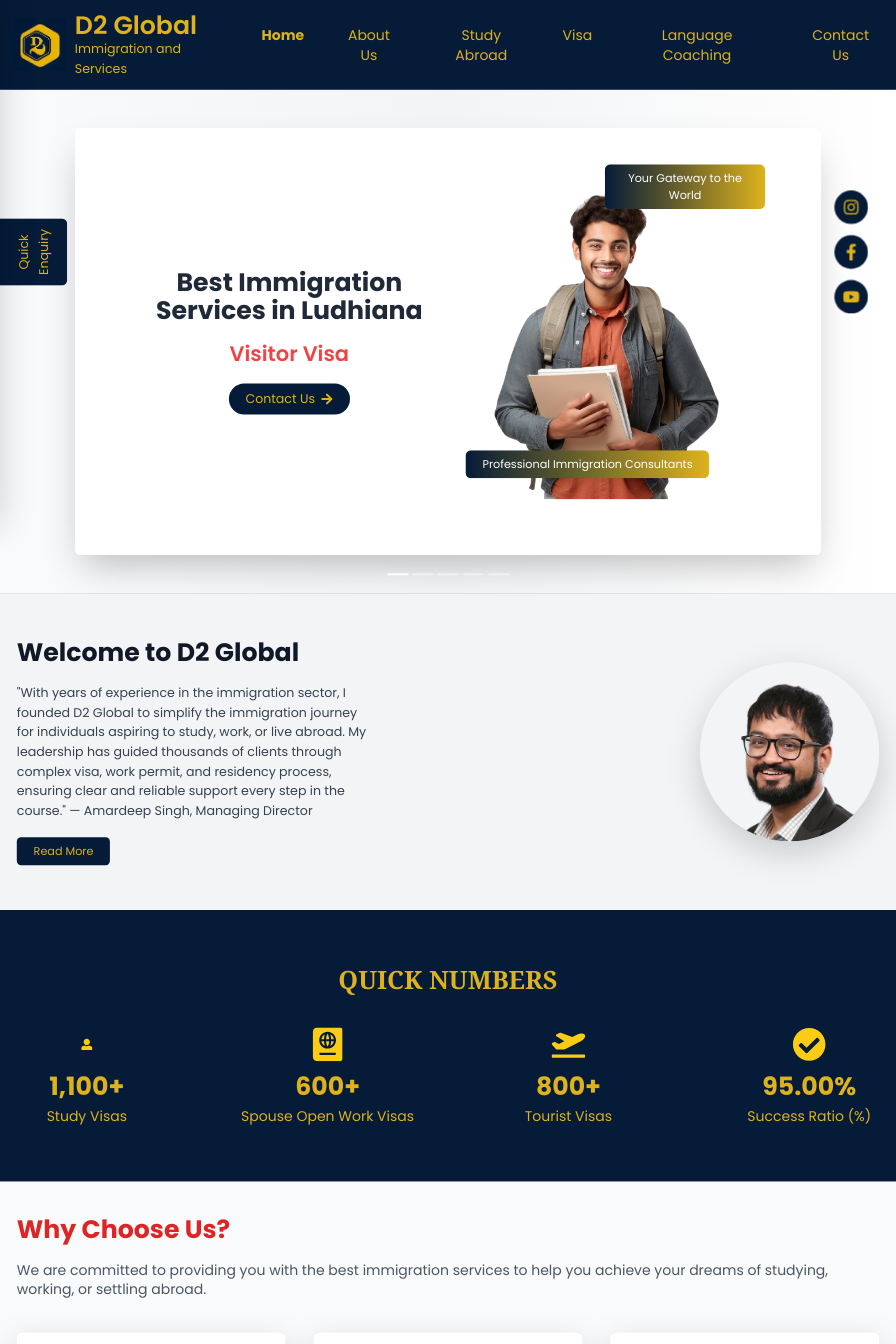
Repository: abhijeets54/d2globalbackup
Page: /
The author's editor kept a copy of each file at every save. The page is drawn from the files as they stood at one save, then again after the next save.
The browser window is 1280 px wide. The pictures show the part of the page from y = 0 to 1920 px (the page is 6727 px tall), at 70% of full size.
The page's requests for data from a server got no answer. The project was rebuilt for these pictures with package versions that can differ from the ones it lists, and the page was loaded fresh each time. No one was signed in, and anything a server would have sent is missing. Also part of the build but not shown: vite.config.js, src/components/Button.jsx, src/components/PostCard.jsx, src/components/Input.jsx, src/components/PopupForm.jsx, src/components/Events.jsx, src/components/People.jsx, src/Newsletter/NewsletterComponent.jsx and 28 more. Imported but missing from the stored project, and not drawn on this page: src/components/Donate/RestoftheWorld.jsx, src/components/Donate/WithInIndia.jsx, src/components/JoinUs.jsx, src/components/Projects/Awareness.jsx, src/components/Projects/Education.jsx, src/components/Projects/HumanitarianAid.jsx, src/components/ThreePillars.jsx, src/pages/Donate.jsx and 2 more.

Above is the page before, as saved 2024-10-03 13:58:29.

### index.html
<!doctype html>
<html lang="en">
  <head>
    <meta charset="UTF-8" />
    <link rel="icon" type="image/svg+xml" href="/logo.webp" />
    <meta name="viewport" content="width=device-width, initial-scale=1.0" />
    <link href="https://fonts.googleapis.com/css2?family=Gothic+A1&family=Inconsolata:wght@200..900&family=Mukta:wght@200;300;400;500;600;700;800&family=Poppins:ital,wght@0,100;0,200;0,300;0,400;0,500;0,600;0,700;0,800;0,900;1,100;1,200;1,300;1,400;1,500;1,600;1,700;1,800;1,900&display=swap" rel="stylesheet">

    <link href="https://cdn.jsdelivr.net/npm/bootstrap@5.3.3/dist/css/bootstrap.min.css" rel="stylesheet" integrity="sha384-QWTKZyjpPEjISv5WaRU9OFeRpok6YctnYmDr5pNlyT2bRjXh0JMhjY6hW+ALEwIH" crossorigin="anonymous">
    <link
  rel="stylesheet"
  href="https://cdnjs.cloudflare.com/ajax/libs/font-awesome/5.15.3/css/all.min.css"
/>
    <title>D2 Global</title>
  </head>
  <body class="bg-slate-400">
    <div id="root"></div>
    <script src="https://cdn.jsdelivr.net/npm/bootstrap@5.3.3/dist/js/bootstrap.bundle.min.js" integrity="sha384-YvpcrYf0tY3lHB60NNkmXc5s9fDVZLESaAA55NDzOxhy9GkcIdslK1eN7N6jIeHz" crossorigin="anonymous"></script>
    <script type="module" src="/src/main.jsx"></script>
  </body>
</html>

### src/App.jsx
import React, { useState, useEffect } from 'react'
import './App.css'
import { Footer, Header } from './components'
import { Outlet } from 'react-router-dom'


function App() {
  const [loading, setLoading] = useState(false)

  return !loading ? (
    <div className='min-h-screen flex flex-wrap content-between bg-gray-400'>
      <div className='w-full block'>
        <Header />
        <main>
        <Outlet />
        </main>
        <Footer />
      </div>
    </div>
  ) : null
}

export default App

### src/index.css
@tailwind base;
@tailwind components;
@tailwind utilities;

@keyframes slideIn {
    from {
      transform: translateX(100%);
      opacity: 0;
    }
    to {
      transform: translateX(0);
      opacity: 1;
    }
  }

  .slide-in {
    animation: slideIn 0.5s ease-out;
  }
  /* Animation for sliding content */
.slide-enter {
    transform: translateX(100%);
    opacity: 0;
  }

  .slide-enter-active {
    transform: translateX(0);
    opacity: 1;
    transition: transform 0.3s ease-in-out, opacity 0.3s ease-in-out;
  }

  .slide-exit {
    transform: translateX(0);
    opacity: 1;
  }

  .slide-exit-active {
    transform: translateX(-100%);
    opacity: 0;
    transition: transform 0.3s ease-in-out, opacity 0.3s ease-in-out;
  }

  /* Custom CSS to hide the scrollbar */
.scrollbar-hide::-webkit-scrollbar {
    display: none;
  }

  .scrollbar-hide {
    -ms-overflow-style: none; /* IE and Edge */
    scrollbar-width: none; /* Firefox */
  }

  @layer utilities {
    @keyframes slideIn {
      from {
        opacity: 0;
        transform: translateX(100%);
      }
      to {
        opacity: 1;
        transform: translateX(0);
      }
    }

    .animate-slide-in {
      animation: slideIn 0.7s ease-out forwards;
    }
  }
  /* Optional: Add custom animations */
@keyframes move-plane {
  from {
    transform: translateY(0);
  }
  to {
    transform: translateY(500px); /* Adjust this value based on the desired movement */
  }
}
@keyframes slideInLeft {
  from {
    transform: translateX(-100%);
    opacity: 0;
  }
  to {
    transform: translateX(0);
    opacity: 1;
  }
}

@keyframes slideInRight {
  from {
    transform: translateX(100%);
    opacity: 0;
  }
  to {
    transform: translateX(0);
    opacity: 1;
  }
}

.slide-in-left {
  animation: slideInLeft 0.5s forwards;
}

.slide-in-right {
  animation: slideInRight 0.5s forwards;
}
@media (max-width: 768px) {
  .left-slide, .right-slide {
    left: -80px; /* Adjust for smaller screens */
    transform: translateX(-5px); /* Adjust for spacing */
  }
}

@media (max-width: 480px) {
  .left-slide, .right-slide {
    left: -60px; /* Adjust for mobile screens */
    transform: translateX(-3px); /* Adjust for spacing */
  }

  .w-56 {
    width: 90% !important; /* Full width on mobile */
  }

  .w-64 {
    width: 90% !important; /* Full width on mobile */
  }
}

@keyframes slide-left {
  from {
    transform: translateX(-100%);
  }
  to {
    transform: translateX(0);
  }
}

@keyframes slide-right {
  from {
    transform: translateX(100%);
  }
  to {
    transform: translateX(0);
  }
}

.animate-slide-left {
  animation: slide-left 0.5s ease-in-out;
}

.animate-slide-right {
  animation: slide-right 0.5s ease-in-out;
}

/* In your CSS file */
.blurred-bg {
  background-image: url('/path-to-your-image.jpg'); /* Background image */
  background-size: cover;
  background-position: center;
  filter: blur(8px); /* Adjust blur as needed */
  position: absolute;
  top: 0;
  left: 0;
  right: 0;
  bottom: 0;
  z-index: -1; /* Send it behind other content */
}

### src/pages/Home.jsx
import React, { useState } from 'react';
import { useNavigate } from 'react-router-dom';
import Collage from '../components/Collage';
import OurAssociates from '../components/OurAssociates';
import QuickNumbers from '../components/QuickNumbers';
import WhatPeopleAreSaying from '../components/WhatPeopleAreSaying';

import Register from '../components/Register';

import About from '../components/About';
import Offer from '../components/Offer';
import Countries from '../components/Countries';
import PopupForm from '../components/PopupForm';
import Events from '../components/Events';
import QuickEnquiry from '../components/ContactUs/QuickEnquiry';
import Choose from '../components/Choose';
import People from '../components/People';
import CollageWithAnimations from '../components/CollageWithAnimations';
function Home() {
  const navigate = useNavigate();
  const [showFullText, setShowFullText] = useState(false);

  const handleReadMore = () => {
    navigate('/About');
  };

  const handleMoreAboutUs = () => {
    setShowFullText(!showFullText);
  };

  return (
    <>
   {/* <CollageWithAnimations/> */}
      {/* <PopupForm /> */}
      <QuickEnquiry />
      <Collage />

        <About />
        {/* <People/> */}
        <QuickNumbers />
        <Choose/>
        <Offer />

        {/* <Timeline /> */}



            <Countries />


            <OurAssociates />

          <WhatPeopleAreSaying />
          {/* <Events /> */}

          <Register />


    </>
  );
}

export default Home;

### src/components/About.jsx
import React, { useEffect, useState, useRef } from 'react';
import { useNavigate } from 'react-router-dom';

const About = () => {
  const [slideIn, setSlideIn] = useState(false);
  const aboutSectionRef = useRef(null);
  const navigate = useNavigate();

  useEffect(() => {
    const observer = new IntersectionObserver(
      (entries) => {
        entries.forEach((entry) => {
          if (entry.isIntersecting) {
            setSlideIn(true);
          }
        });
      },
      {
        threshold: 0.3,
      }
    );

    if (aboutSectionRef.current) {
      observer.observe(aboutSectionRef.current);
    }

    return () => {
      if (aboutSectionRef.current) {
        observer.unobserve(aboutSectionRef.current);
      }
    };
  }, []);

  const handleReadMore = () => {
    navigate('/AboutUs');
  };

  return (
    <div ref={aboutSectionRef} className="flex items-center justify-center bg-gray-100 py-12 md:py-16">
      <div className="container mx-auto flex flex-col md:flex-row items-center justify-between px-4">

        {/* Sliding Text Content */}
        <div
          className={`transform transition-transform duration-1000 ${
            slideIn ? 'translate-x-0' : '-translate-x-full'
          } mt-8 md:mt-0 md:mr-10 max-w-lg text-left md:text-left`}
        >
          <h2 className="text-3xl md:text-4xl  font-bold mb-4 text-gray-900">Welcome to D2 Global</h2>
          <p className="text-base md:text-lg text-gray-700">
          "With years of experience in the immigration sector, I founded D2 Global to simplify the immigration journey for individuals aspiring to study, work, or live abroad. My leadership has guided thousands of clients through complex visa, work permit, and residency process, ensuring clear and reliable support every step in the course."

— Amardeep Singh, Managing Director
          </p>

          {/* Read More Button */}
          <button
            onClick={handleReadMore}
            className="mt-4 inline-block bg-customBlue text-customYellow px-6 py-2 rounded-md hover:bg-blue-600 transition-colors duration-300"
          >
            Read More
          </button>
        </div>

      {/* Sliding Image */}
<div
  className={`transform transition-transform duration-1000 ${
    slideIn ? 'translate-x-0' : 'translate-x-full'
  } mt-8 md:mt-0`}
>
  <img
    src="amar.webp"
    alt="Profile"
    className="rounded-full shadow-lg w-48 h-48 md:w-64 md:h-64 object-cover object-top mx-auto md:mx-0"
    style={{ objectPosition: 'top center' }} // This will center the face more
  />
</div>


      </div>
    </div>
  );
};

export default About;

### src/components/Layout.jsx
// src/components/Layout.jsx
import React from 'react';
import { Outlet, useNavigate } from 'react-router-dom';

const Layout = () => {
  const navigate = useNavigate();

  const handleDonateClick = () => {
    navigate('/Donate');
  };

  return (
    <div>
      <Outlet />
      {/* <a
        href="#top"
        className="fixed right-2 bottom-16 bg-blue-950 text-white hover:bg-yellow-500 py-1 px-2 rounded-2 h-8 w-10 mt-2"
        style={{ zIndex: 1000 }}
      >
        <img src="../../IOC Website pictures/icons8-top-50.png" alt="Go to top " />
      </a> */}
    </div>
  );
};

export default Layout;

### src/components/OurAssociates.jsx
import React from 'react';
import 'tailwindcss/tailwind.css';

const logos = [
  '/oxford.webp',
  '/regent.webp',
  '/webster.webp',
  '/avila.svg',
  '/iau.webp',
  '/bcnlip.webp',
  '/camino.webp',
  '/ihmgs.webp',
  '/uclan.webp',
  '/aura.webp',
  '/lyon.webp'
];

function OurAssociates() {
  return (
    <div className="bg-white py-8">
      <h4 className="text-center text-blue-950 mt-3 text-3xl font-semibold">OUR PARTNERS</h4>
      <br />
      <div className="overflow-hidden relative">
        <div className="flex animate-scroll1 space-x-4 sm:space-x-6 lg:space-x-8">
          {logos.concat(logos).map((logo, index) => (
            <div key={index} className="flex-shrink-0">
              <img
                src={logo}
                alt={`Logo ${index + 1}`}
                className="h-24 w-24 sm:h-32 sm:w-32 lg:h-40 lg:w-40 object-contain"
              />
            </div>
          ))}
        </div>
      </div>
    </div>
  );
}

export default OurAssociates;

### src/components/QuickNumbers.jsx
import React, { useEffect, useState, useRef } from 'react';
import CountUp from 'react-countup';
import { FaUserAlt, FaPassport, FaPlaneDeparture, FaCheckCircle } from 'react-icons/fa';
import 'tailwindcss/tailwind.css';

const data = [
  {
    icon: <FaUserAlt className="h-12 w-12++ text-yellow-400 mb-2" />,
    number: 1100,
    label: 'Study Visas'
  },
  {
    icon: <FaPassport className="h-12 w-12 text-yellow-400 mb-2" />,
    number: 600,
    label: 'Spouse Open Work Visas'
  },
  {
    icon: <FaPlaneDeparture className="h-12 w-12 text-yellow-400 mb-2" />,
    number: 800,
    label: 'Tourist Visas'
  },
  {
    icon: <FaCheckCircle className="h-12 w-12 text-yellow-400 mb-2" />,
    number: 95,
    label: 'Success Ratio (%)',
    isDecimal: true,
  }
];

function QuickNumbers() {
  const [showCounts, setShowCounts] = useState(false);
  const quickNumbersRef = useRef(null);

  useEffect(() => {
    const observer = new IntersectionObserver(
      (entries) => {
        if (entries[0].isIntersecting) {
          setShowCounts(true);
        }
      },
      { threshold: 0.2 }
    );

    if (quickNumbersRef.current) {
      observer.observe(quickNumbersRef.current);
    }

    return () => {
      if (quickNumbersRef.current) {
        observer.unobserve(quickNumbersRef.current);
      }
    };
  }, []);

  return (
    <div ref={quickNumbersRef} className="bg-customBlue py-8 w-full">
      <h2 className="text-center text-2xl sm:text-4xl font-serif font-extrabold text-customYellow pt-5 mb-8">
        QUICK NUMBERS
      </h2>

      {/* Responsive Grid Layout */}
      <div className="grid grid-cols-1 sm:grid-cols-2 lg:grid-cols-4 gap-8 lg:gap-24 mt-5 pb-5">
        {data.map((item, index) => (
          <div key={index} className="text-center text-customYellow flex flex-col items-center">
            <div className="quicknumber flex flex-col justify-center items-center">
              <div className="icon mb-2">{item.icon}</div>
              <h3 className="text-2xl sm:text-4xl font-bold">
                {showCounts && (
                  <CountUp
                    end={item.number}
                    duration={7}
                    decimals={item.isDecimal ? 2 : 0}
                    suffix={item.isDecimal ? "%" : "+"}
                  />
                )}
              </h3>
              <p className="mt-2 text-base sm:text-xl">{item.label}</p>
            </div>
          </div>
        ))}
      </div>
    </div>
  );
}

export default QuickNumbers;

### src/components/Offer.jsx
import React from 'react';
import { Link } from 'react-router-dom';
import 'tailwindcss/tailwind.css';

function Offer() {
  const studyAbroadImageUrl = '/student.webp'; // Update with actual image URL
  const ieltsPteImageUrl = '/ielts3.webp'; // Update with actual image URL
  const touristVisaImageUrl = '/tourist.webp'; // Update with actual image URL

  return (
    <div className="mx-auto bg-customBlue
    0 p-6 md:p-10 shadow">
      <h4 className="text-center text-customBlue mt-3 text-xl"></h4>
      <h2 className="text-center text-3xl font-serif  text-customYellow sm:text-4xl mt-3  font-extrabold mb-10 md:mb-16">What We Offer</h2>

      <div className="grid grid-cols-1 sm:grid-cols-2 md:grid-cols-3 gap-6">
        {/* First card: Study Abroad */}
        <div className="col cursor-pointer transform transition-transform hover:scale-105">
          <Link to="/StudyAbroad">
            <div className="card h-full bg-white rounded-lg shadow overflow-hidden">
              <img
                src={studyAbroadImageUrl}
                className="w-full h-52 sm:h-64 md:h-72 object-cover"
                alt="Study Abroad"
              />
              <div className="p-4">
                <h5 className="text-center text-lg sm:text-xl font-bold">Study Abroad</h5>
              </div>
            </div>
          </Link>
        </div>

        {/* Second card: IELTS/PTE */}
        <div className="col cursor-pointer transform transition-transform hover:scale-105">
          <Link to="/Training">
            <div className="card h-full bg-white rounded-lg shadow overflow-hidden">
              <img
                src={ieltsPteImageUrl}
                className="w-full h-52 sm:h-64 md:h-72 object-cover"
                alt="IELTS/PTE"
              />
              <div className="p-4">
                <h5 className="text-center text-lg sm:text-xl font-bold">Language Coaching</h5>
              </div>
            </div>
          </Link>
        </div>

        {/* Third card: Tourist Visa */}
        <div className="col cursor-pointer transform transition-transform hover:scale-105">
          <Link to="/TouristVisa">
            <div className="card h-full bg-white rounded-lg shadow overflow-hidden">
              <img
                src={touristVisaImageUrl}
                className="w-full h-52 sm:h-64 md:h-72 object-cover"
                alt="Tourist Visa"
              />
              <div className="p-4">
                <h5 className="text-center text-lg sm:text-xl font-bold">Tourist Visa</h5>
              </div>
            </div>
          </Link>
        </div>
      </div>
    </div>
  );
}

export default Offer;

### src/components/CollageWithAnimations.jsx
import React, { useEffect, useState } from 'react';
import { motion } from 'framer-motion';
import { FaArrowRight } from 'react-icons/fa';
import { useNavigate } from 'react-router-dom';

const CollageWithAnimations = () => {
  const navigate = useNavigate();
  const [displayedText, setDisplayedText] = useState('');
  const [textIndex, setTextIndex] = useState(0);
  const texts = ['Study Visa', 'Permanent Residency', 'Visitor Visa', 'Tourist Visa', 'IELTS Coaching', 'PTE Coaching'];
  const slideInDuration = 0.5;

  useEffect(() => {
    const changeText = () => {
      setDisplayedText(texts[textIndex]);
    };

    changeText();
  }, [textIndex]);

  useEffect(() => {
    const textChangeInterval = setInterval(() => {
      setTextIndex((prevIndex) => (prevIndex + 1) % texts.length);
    }, 3000);

    return () => clearInterval(textChangeInterval);
  }, []);

  return (
    <div className="relative w-full h-screen flex flex-col lg:flex-row items-center justify-center bg-gradient-to-r from-gray-50 via-gray-100 to-white">
      {/* Larger 3D Box Container */}
      <div className="relative w-full lg:w-5/6 bg-white shadow-2xl rounded-lg p-12 lg:p-20 flex flex-col lg:flex-row items-center justify-between">

        {/* Text Section with smaller font sizes */}
        <div className="w-full lg:w-1/2 text-center lg:text-left relative z-10">
          <h1 className="text-2xl md:text-3xl lg:text-4xl font-bold text-gray-800">
            Best Immigration Services in Ludhiana
          </h1>
          <motion.h2
            className="text-xl md:text-2xl lg:text-3xl font-semibold mt-4 text-red-500"
            initial={{ x: -50, opacity: 0 }}
            animate={{ x: 0, opacity: 1 }}
            exit={{ x: -50, opacity: 0 }}
            transition={{ duration: slideInDuration }}
          >
            {displayedText}
          </motion.h2>
          <button
            className="px-4 py-2 mx-auto md:px-6 md:py-3 bg-customBlue text-customYellow rounded-3xl text-sm md:text-lg flex items-center justify-center mt-6"
            onClick={() => navigate('/Contactpage')}
          >
            Contact Us
            <FaArrowRight className="ml-2 text-customYellow" />
          </button>
        </div>

        {/* Image Section */}
        <div className="relative w-full lg:w-1/2 flex justify-center items-center mt-8 lg:mt-0 z-10">
          <motion.img
            src="/student.png"
            alt="Student with backpack"
            className="h-64 sm:h-72 md:h-80 lg:h-[450px]"
            initial={{ opacity: 0, x: 50 }}
            animate={{ opacity: 1, x: 0 }}
            transition={{ duration: 0.5 }}
          />

          {/* Box at the top left near the image */}
          <motion.div
            className="absolute -top-6 left-2 py-2 px-4 lg:left-56 p-2 sm:p-4 bg-gradient-to-r from-customBlue to-customYellow rounded-lg text-white text-sm sm:text-base"
            animate={{ y: [0, -10, 0] }}
            transition={{ duration: 1, repeat: Infinity }}
          >
            Your Gateway to the World
          </motion.div>

          {/* Box at the bottom right near the image */}
          <motion.div
            className="absolute bottom-6 right-4 lg:right-20 py-2 px-4 sm:p-4 bg-gradient-to-r from-customBlue to-customYellow rounded-lg text-white text-sm sm:text-base"
            animate={{ y: [0, -10, 0] }}
            transition={{ duration: 1, repeat: Infinity, delay: 0.5 }}
          >
            Professional Immigration Consultants
          </motion.div>
        </div>
      </div>
    </div>
  );
};

export default CollageWithAnimations;

### src/components/container/Container.jsx
import React from 'react'

function Container({ children }) {
  return <div className='w-full'>{children}</div>
}

export default Container

### src/components/Logo.jsx
import React from 'react';
import logo from '/logo.webp'; // Adjust path as necessary

function Logo() {
  return (
    <div>
      <img src={logo} alt="logo" height={75} width={75}/>
    </div>
  );
}

export default Logo;

Loaded but not shown: tailwind.config.js (35 lines, source omitted); src/components/index.js (19 lines, source omitted); src/components/Header/Header.jsx (265 lines, source omitted); src/components/Collage.jsx (193 lines, source omitted); src/components/ContactUs/QuickEnquiry.jsx (202 lines, source omitted); src/components/Countries.jsx (133 lines, source omitted); src/components/Register.jsx (175 lines, source omitted); src/components/Choose.jsx (155 lines, source omitted); src/main.jsx (100 lines, source omitted); src/components/WhatPeopleAreSaying.jsx (112 lines, source omitted); src/components/ContactUs/ContactUs.jsx (85 lines, source omitted); src/App.css (212 lines, source omitted)

After the next save:
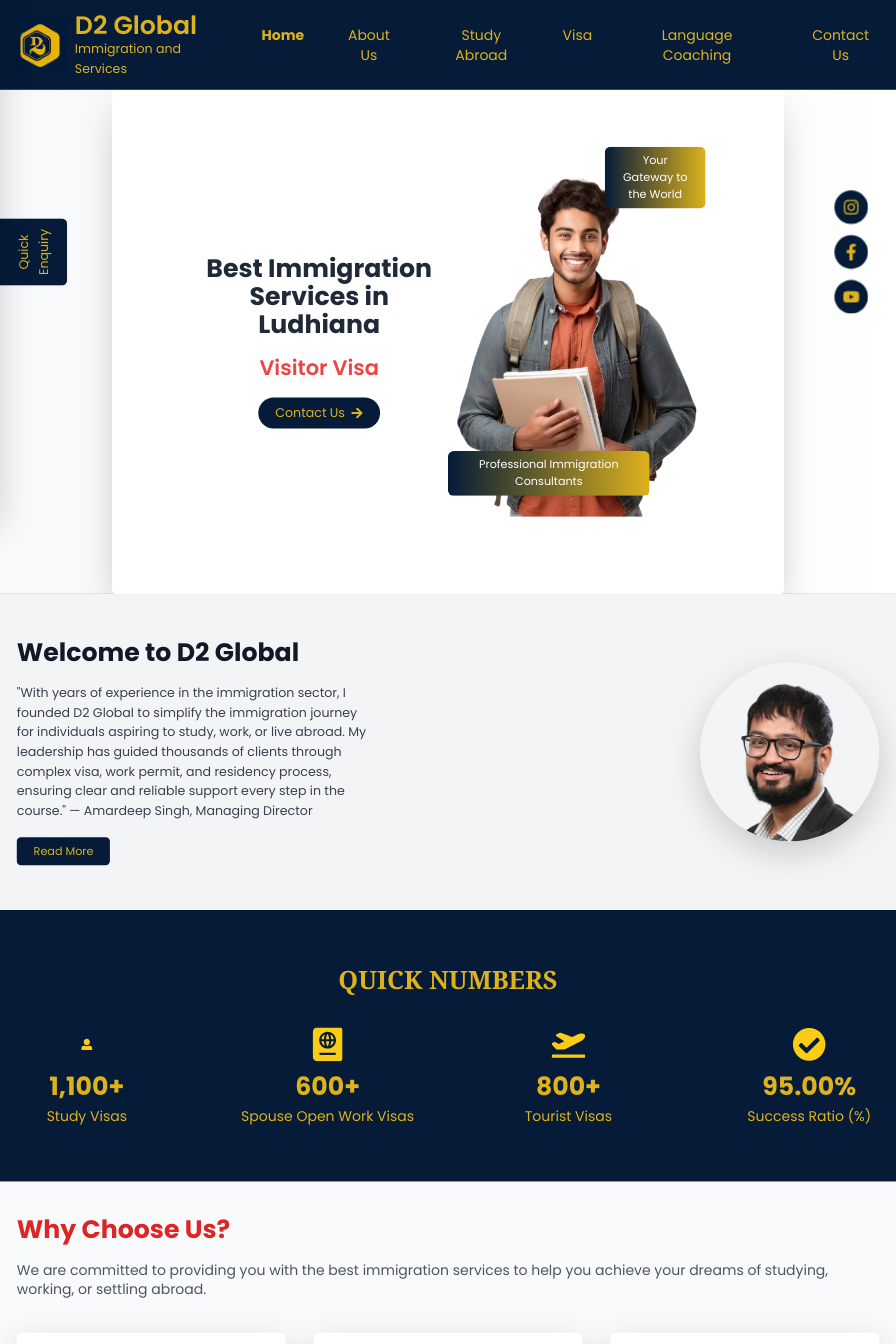
Saved 2 min 46 s later.
--- a/src/components/CollageWithAnimations.jsx
+++ b/src/components/CollageWithAnimations.jsx
@@ -29,7 +29,7 @@
   return (
     <div className="relative w-full h-screen flex flex-col lg:flex-row items-center justify-center bg-gradient-to-r from-gray-50 via-gray-100 to-white">
       {/* Larger 3D Box Container */}
-      <div className="relative w-full lg:w-5/6 bg-white shadow-2xl rounded-lg p-12 lg:p-20 flex flex-col lg:flex-row items-center justify-between">
+      <div className="relative w-full lg:w-4/5 xl:w-3/4 bg-white shadow-2xl rounded-lg p-14 lg:p-28 flex flex-col lg:flex-row items-center justify-between transition-all duration-500 hover:shadow-3xl">
 
         {/* Text Section with smaller font sizes */}
         <div className="w-full lg:w-1/2 text-center lg:text-left relative z-10">
@@ -59,7 +59,7 @@
           <motion.img
             src="/student.png"
             alt="Student with backpack"
-            className="h-64 sm:h-72 md:h-80 lg:h-[450px]"
+            className="h-72 sm:h-80 md:h-96 lg:h-[500px]"
             initial={{ opacity: 0, x: 50 }}
             animate={{ opacity: 1, x: 0 }}
             transition={{ duration: 0.5 }}
